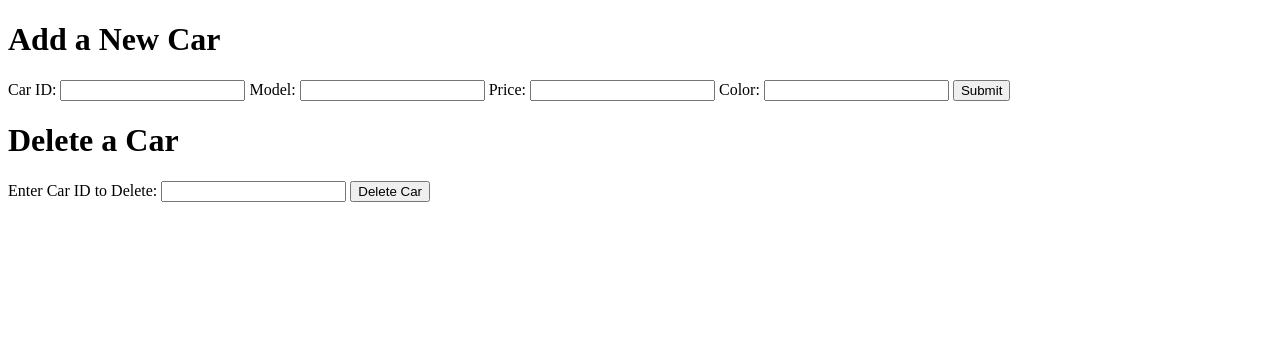
Repository: akshayambulgekar/TrainingProject
Page: Cars/Cars/src/main/resources/static/index.html
The author's editor kept a copy of each file at every save. The page is drawn from the files as they stood at one save, then again after the next save.
The browser window is 1280 px wide. The pictures show the whole page.

Above is the page before, as saved 2023-07-24 09:16:47.

### Cars/Cars/src/main/resources/static/index.html
<!DOCTYPE html>
<html>
<head>
    <title>Car Form</title>



</head>
<body>
    <h1>Add a New Car</h1>
    <form id="carForm" action="/api/cars" method="post">
        <label for="carId">Car ID:</label>
        <input type="number" id="carId" name="carId" required>

        <label for="model">Model:</label>
        <input type="text" id="model" name="model" required>

        <label for="price">Price:</label>
        <input type="number" id="price" name="price" required>

        <label for="color">Color:</label>
        <input type="text" id="color" name="color" required>

        <input type="submit" value="Submit">
    </form>


    <h1>Delete a Car</h1>
    <form id="deleteForm" action="/api/cars" method="delete">
        <label for="carIdToDelete">Enter Car ID to Delete:</label>
        <input type="number" id="carIdToDelete" name="carIdToDelete" required>
        <button id="deleteButton" type="button">Delete Car</button>
    </form>

    <script>
    document.getElementById("carForm").addEventListener("submit", function (event) {
        event.preventDefault(); // Prevent form submission to handle it manually

        // Client-side validation
        let carId = document.getElementById("carId").value;
        let model = document.getElementById("model").value;
        let price = document.getElementById("price").value;
        let color = document.getElementById("color").value;

        if (!carId || !model || !price || !color) {
            alert("Please fill all the fields.");
            return;
        }

        // Form data
        let formData = {
            carId: parseInt(carId),
            model: model,
            price: parseInt(price),
            color: color,
        };

        // Send the form data to the Spring Boot backend
        fetch('/api/cars', {
            method: 'POST',
            headers: {
                'Content-Type': 'application/json',
            },
            body: JSON.stringify(formData),
        })
        .then(response => response.json())
        .then(data => {
            alert("Car added successfully!");
            // Optionally, you can perform additional actions on success, like displaying a success message or redirecting the user.
        })
        .catch(error => {
            alert("Failed to add car. Please try again later.");
            // Handle error if necessary.
        });
    });



    document.getElementById("deleteButton").addEventListener("click", function (event) {
    event.preventDefault(); // Prevent form submission to handle it manually

    // Get the car ID to delete
    let carIdToDelete = document.getElementById("carIdToDelete").value;

    // Validate that the carIdToDelete is not empty
    if (!carIdToDelete) {
        alert("Please enter the Car ID to delete.");
        return;
    }

    // Send the delete request to the Spring Boot backend
    fetch(`/api/cars/${carIdToDelete}`, {
        method: 'DELETE',
    })
    .then(response => {
        if (response.ok) {
            alert("Car deleted successfully!");
            // Optionally, you can perform additional actions on success, like displaying a success message or updating the UI.
        } else {
            alert("Failed to delete the car. Car ID may not exist or there was an error.");
        }
    })
    .catch(error => {
        alert("Failed to delete the car. Please try again later.");
        // Handle error if necessary.
    });
});

</script>

</body>
</html>

After the next save:
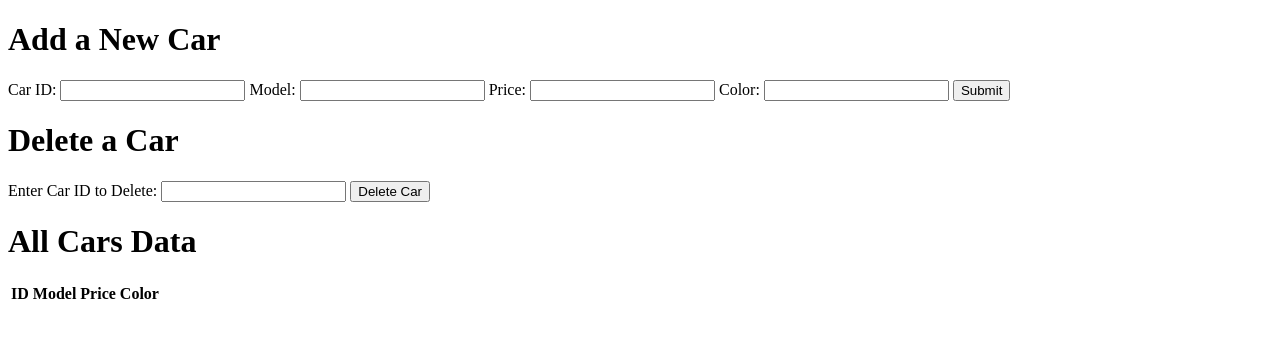
Saved 5 min 57 s later.
--- a/Cars/Cars/src/main/resources/static/index.html
+++ b/Cars/Cars/src/main/resources/static/index.html
@@ -31,6 +31,23 @@
         <input type="number" id="carIdToDelete" name="carIdToDelete" required>
         <button id="deleteButton" type="button">Delete Car</button>
     </form>
+
+
+
+     <h1>All Cars Data</h1>
+    <table id="carTable">
+        <thead>
+            <tr>
+                <th>ID</th>
+                <th>Model</th>
+                <th>Price</th>
+                <th>Color</th>
+            </tr>
+        </thead>
+        <tbody>
+            <!-- Data will be populated dynamically here -->
+        </tbody>
+    </table>
 
     <script>
     document.getElementById("carForm").addEventListener("submit", function (event) {
